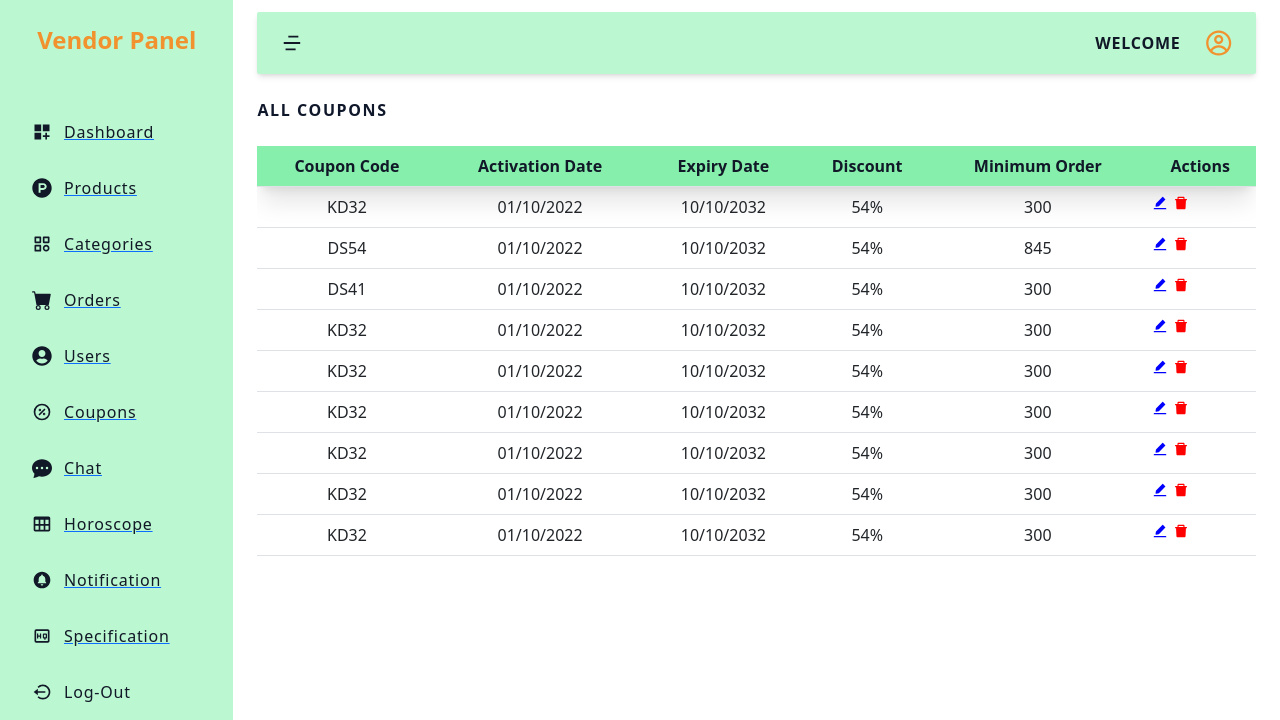
Repository: FlyweisReact/JitenderAdminPanel
Page: /discount
The author's editor kept a copy of each file at every save. The page is drawn from the files as they stood at one save, then again after the next save.
The browser window is 1280 px wide. The pictures show the whole page.
An inner scrolling area shows only its first screen. The project was rebuilt for these pictures with package versions that can differ from the ones it lists, and the page was loaded fresh each time. Also part of the build but not shown: src/components/forms/Login.jsx, src/components/pages/Dashboard.jsx, src/components/vendorPanel/components/layout/Navbar.jsx, src/components/vendorPanel/components/layout/Sidebar.jsx, src/components/vendorPanel/components/layout/HOC.jsx, src/components/vendorPanel/components/pages/Message/Message.js, src/components/pages/UserKundli/UserKundli.jsx, src/components/pages/reactChat/Chat.js and 18 more.

Above is the page before, as saved 2022-11-05 16:54:25.

### public/index.html
<!-- @format -->

<!DOCTYPE html>
<html lang="en">
  <head>
    <meta charset="utf-8" />
    <!-- <link rel="icon" href="%PUBLIC_URL%/favicon.png" /> -->
    <meta name="viewport" content="width=device-width, initial-scale=1" />
    <meta name="theme-color" content="#000000" />
    <meta
      name="description"
      content="Web site created using create-react-app"
    />
    <link rel="apple-touch-icon" href="%PUBLIC_URL%/favicon.ico?v=2" />

    <link rel="manifest" href="%PUBLIC_URL%/manifest.json" />

    <title>Astrologers Panel</title>
  </head>
  <body>
    <noscript>You need to enable JavaScript to run this app.</noscript>
    <div id="root"></div>
    <script src="https://code.jquery.com/jquery-3.6.0.min.js"></script>
  </body>
</html>

### src/index.js
import React from "react";
import ReactDOM from "react-dom/client";
import "./index.css";
import App from "./App";
import { BrowserRouter } from "react-router-dom";
import 'bootstrap/dist/css/bootstrap.min.css'

const root = ReactDOM.createRoot(document.getElementById("root"));
root.render(
  <React.StrictMode>
    <BrowserRouter>
      <App />
    </BrowserRouter>
  </React.StrictMode>
);

### src/index.css
/** @format */

@tailwind base;
@tailwind components;
@tailwind utilities;

body {
  margin: 0;
  font-family: -apple-system, BlinkMacSystemFont, "Segoe UI", "Roboto", "Oxygen",
    "Ubuntu", "Cantarell", "Fira Sans", "Droid Sans", "Helvetica Neue",
    sans-serif;
  -webkit-font-smoothing: antialiased;
  -moz-osx-font-smoothing: grayscale;
}

code {
  font-family: source-code-pro, Menlo, Monaco, Consolas, "Courier New",
    monospace;
}

/* Wcomponents */
.wcomp::-webkit-scrollbar {
  width: 0px;
}
::-webkit-scrollbar {
  width: 0px;
}
::-webkit-scrollbar-track {
  background: #696f78;
}
/* Handle */
::-webkit-scrollbar-thumb {
  background: #b4b8bf;
}

.main-card--container {
  display: grid;
  grid-template-columns: repeat(3, minmax(300px, 500px));
  grid-gap: 50px;
  justify-content: space-around;
}
.card-container {
  margin: 25px 0 auto;

  position: relative;
  display: grid;
  grid-template-columns: 1fr;
  justify-content: space-around;
  align-items: flex-start;
}

.img-thumbnail {
  width: 80px;
}
.img-large {
  max-width: 80%;
}

### src/App.js
/** @format */

import { Routes, Route, Link } from "react-router-dom";
import Login from "./components/forms/Login";
import Dashboard from "./components/pages/Dashboard";
import { ToastContainer } from "react-toastify";
import MSG from './components/vendorPanel/components/pages/Message/Message'
import "react-toastify/dist/ReactToastify.css";
import UserKundli from "./components/pages/UserKundli/UserKundli";
import Discount from "./components/pages/discount/Discount";
import Chat from "./components/pages/reactChat/Chat";
import Horoscope from "./components/pages/horoScope/Horoscope";
import Specification from "./components/pages/SpecificationPage/Specification";
import VendorLogin from "./components/vendorPanel/components/forms/VendorLogin";
import VendorDashboard from "./components/vendorPanel/components/pages/VendorDashboard";
import Fedd from "./components/pages/FeedBack/Fedd";
import Astrologers from "./components/vendorPanel/components/pages/Astrologer/Astrologers";
import Users from "./components/vendorPanel/components/pages/Users/Users";
import Kundli from "./components/vendorPanel/components/pages/Kundli/Kundli";
import AdminHoro from "./components/vendorPanel/components/pages/Horoscope/Horoscope";
import Forgot from "./components/vendorPanel/components/forms/Forgot";
import ResetPassword from "./components/vendorPanel/components/forms/ResetPassword";
import Changepassword from "./components/vendorPanel/components/forms/Changepassword";
import TimeSlots from "./components/pages/TimeSlots/TimeSlots";
import Documents from "./components/pages/Documents/Documents";
import Banner from "./components/pages/Banner/Banner";
import Notify from "./components/pages/Notifications/Notify";
import Booking from "./components/vendorPanel/components/pages/Booking/Booking";
import ProductDetail from "./components/pages/FeedBack/ProductDetail";

function App() {
  return (
    <>
      <ToastContainer />


      <Routes>
        <Route path="/" element={<Login />} />
        <Route path="/dashboard" element={<Dashboard />} />
        <Route path="/userkundli" element={<UserKundli />} />
        <Route path="/discount" element={<Discount />} />
        <Route path="/horoscope" element={<Horoscope />} />
        <Route path="/specification" element={<Specification />} />
        <Route path="/chat" element={<Chat />} />
        <Route path="feedback" element={<Fedd />} />
        <Route path="/time" element={<TimeSlots />} />
        <Route path="/document" element={<Documents />} />
        <Route path="/ban" element={<Banner />} />
        <Route path='/not' element={<Notify />} />
        <Route path="/viewProduct" element={<ProductDetail />} />
        {/* Admin Panel */}
        <Route path="/vendorLogin" element={<VendorLogin />} />
        <Route path="/otp" element={<Forgot />} />
        <Route path="/book" element={<Booking />} />
        <Route path='/msg' element={ <MSG /> } />
        <Route path="/resetPass" element={<ResetPassword />} />
        <Route path="/resetPassword" element={<Changepassword />} />
        <Route path="/vendorDashboard" element={<VendorDashboard />} />
        <Route path="/astro" element={<Astrologers />} />
        <Route path="/users" element={<Users />} />
        <Route path="/kundli" element={<Kundli />} />
        <Route path="/horo" element={<AdminHoro />} />
      </Routes>
    </>
  );
}

export default App;

### src/components/pages/discount/Discount.jsx
/** @format */

import React, { useEffect, useState } from "react";
import { IoMdClose } from "react-icons/io";
import { AiFillEdit, AiFillDelete, AiFillEye } from "react-icons/ai";
import HOC from "../../layout/HOC";
import axios from "axios";
import { toast } from "react-toastify";
import Table from "react-bootstrap/Table";
import { useNavigate } from "react-router-dom";
import Button from "react-bootstrap/Button";
import Modal from "react-bootstrap/Modal";
import Form from "react-bootstrap/Form";

const products = [
  {
    code: "KD32",
    ActivationDate : "01/10/2022",
    Expirydate : "10/10/2032",
    discount : "54",
    minOrder : "300",
  },
  {
    code: "DS54",
    ActivationDate : "01/10/2022",
    Expirydate : "10/10/2032",
    discount : "54",
    minOrder : "845",
  },
  {
    code: "DS41",
    ActivationDate : "01/10/2022",
    Expirydate : "10/10/2032",
    discount : "54",
    minOrder : "300",
  },

  {
    code: "KD32",
    ActivationDate : "01/10/2022",
    Expirydate : "10/10/2032",
    discount : "54",
    minOrder : "300",
  },
  {
    code: "KD32",
    ActivationDate : "01/10/2022",
    Expirydate : "10/10/2032",
    discount : "54",
    minOrder : "300",
  },
  {
    code: "KD32",
    ActivationDate : "01/10/2022",
    Expirydate : "10/10/2032",
    discount : "54",
    minOrder : "300",
  },

  {
    code: "KD32",
    ActivationDate : "01/10/2022",
    Expirydate : "10/10/2032",
    discount : "54",
    minOrder : "300",
  },
  {
    code: "KD32",
    ActivationDate : "01/10/2022",
    Expirydate : "10/10/2032",
    discount : "54",
    minOrder : "300",
  },
  {
    code: "KD32",
    ActivationDate : "01/10/2022",
    Expirydate : "10/10/2032",
    discount : "54",
    minOrder : "300",
  },
];

// Edit Order Modal ------------------------------------------------------------

function MyVerticallyCenteredModal(props) {
  return (
    <Modal
      {...props}
      size="lg"
      aria-labelledby="contained-modal-title-vcenter"
      centered
    >
      <Modal.Header closeButton>
        <Modal.Title id="contained-modal-title-vcenter">Edit Order</Modal.Title>
      </Modal.Header>
      <Modal.Body>
        <Form>
          <Form.Group className="mb-3" controlId="formBasicEmail">
            <Form.Label>Delivered</Form.Label>
            <Form.Select aria-label="Default select example">
              <option>delivery Status</option>
              <option value="1">Yes</option>
              <option value="2">No</option>
            </Form.Select>
          </Form.Group>
          <Form.Group className="mb-3" controlId="formBasicEmail">
            <Form.Label>Order Status</Form.Label>
            <Form.Select aria-label="Default select example">
              <option>Order Status</option>
              <option value="1">Confirmed</option>
              <option value="2">Denied</option>
            </Form.Select>
          </Form.Group>
          <Form.Group className="mb-3" controlId="formBasicEmail">
            <Form.Label>Payment Stsua</Form.Label>
            <Form.Select aria-label="Default select example">
              <option>Payment Status</option>
              <option value="1">Success</option>
              <option value="2">Pending</option>
            </Form.Select>
          </Form.Group>

          <Button variant="primary" type="submit">
            Submit
          </Button>
        </Form>
      </Modal.Body>
    </Modal>
  );
}

// Edit Order Modal Ends Here ---------------------------------------------------

const Discount = () => {
  const [modalShow, setModalShow] = React.useState(false);

  return (
    <>
      {/* ------------------------------------------------------------- */}

      <MyVerticallyCenteredModal
        show={modalShow}
        onHide={() => setModalShow(false)}
      />

      {/* ------------------------------------------------------------- */}

      <section>
        <div className="pb-4 sticky top-0  w-full flex justify-between items-center bg-white">
          <span className="tracking-widest text-slate-900 font-semibold uppercase ">
            All Coupons
          </span>
        </div>

        <div style={{ maxWidth: "100%", overflow: "auto" }}>
          <Table style={{ paddingTop: "5%", textAlign: "center" }}>
            <thead>
              <tr className=" border-b bg-green-300 shadow-xl text-gray-900">
                <th>Coupon Code</th>
                <th>Activation Date</th>
                <th>Expiry Date</th>
                <th>Discount</th>
                <th>Minimum Order</th>
                <th>Actions</th>
              </tr>
            </thead>
            <tbody>
              {products?.map((i, index) => (
                <tr key={index} style={{ marginTop: "1%" }}>
                <td>{i.code} </td>
                <td>{i.ActivationDate} </td>
                <td>{i.Expirydate} </td>
                <td>{i.discount}% </td>
                <td>{i.minOrder} </td>
                  <td>
                    <span style={{ display: "flex", gap: "5px" }}>
                      <AiFillEdit
                        color="blue"
                        cursor="pointer"
                        onClick={() => setModalShow(true)}
                      />
                      <AiFillDelete color="red" cursor="pointer" />
                    </span>
                  </td>
                </tr>
              ))}
            </tbody>
          </Table>
        </div>
      </section>
    </>
  );
};

export default HOC(Discount);

### src/components/layout/HOC.jsx
import React, { useState } from "react";
import Navbar from "./Navbar";
import Sidebar from "./Sidebar";

const HOC = (Wcomponenet) => {
  return function Component() {
    const [hamb, setHamb] = useState(false);
    return (
      <>
        <section className="flex overflow-x-hidden">
          {/* Sidebar */}
          <div
            className={
              hamb
                ? " absolute top-0 z-30 md:w-auto shadow-md bg-slate-200  w-60 transition-all md:-left-full left duration-150  h-screen  left-0 "
                : " md:w-72 z-30 bg-green-200  shadow-md  md:static absolute top-0 -left-full  h-screen transition-all duration-150 "
            }
          >
            <Sidebar hamb={hamb} setHamb={setHamb} />
          </div>
          {/* Components & Navbar */}
          <div
            className={
              hamb
                ? " transition-all px-4 py-2  bg-white duration-150 w-full h-screen"
                : " w-full h-screen  px-4 py-2  bg-white z-50 transition-all duration-150 "
            }
          >
            <Navbar hamb={hamb} setHamb={setHamb} />
            <div className="my-6 text-white h-[87%] wcomp overflow-y-auto">
              <Wcomponenet />
            </div>
          </div>
        </section>
      </>
    );
  };
};

export default HOC;

### src/components/layout/Navbar.jsx
import { RiMenu4Line } from "react-icons/ri";
import { useNavigate } from "react-router-dom";
import { toast } from "react-toastify";
import { CgProfile } from "react-icons/cg";
import { IoMdClose, IoMdNotifications } from "react-icons/io";
import { useState } from "react";
import Button from "react-bootstrap/Button";
import Modal from "react-bootstrap/Modal";
import Container from "react-bootstrap/Container";
import Form from "react-bootstrap/Form";


function MyVerticallyCenteredModal(props) {
  return (
    <Modal
      {...props}
      size="lg"
      aria-labelledby="contained-modal-title-vcenter"
      centered
    >
      <Modal.Header closeButton>
        <Modal.Title id="contained-modal-title-vcenter">
          Edit Profile
        </Modal.Title>
      </Modal.Header>
      <Modal.Body>
        <Container style={{ width: "600px" }}>
          <Form>
            <Form.Group className="mb-3" controlId="formBasicEmail">
              <Form.Label>Name</Form.Label>
              <Form.Control type="text" placeholder="Admin" />
            </Form.Group>
            <Form.Group className="mb-3" controlId="formBasicPassword">
              <Form.Label>Email Address</Form.Label>
              <Form.Control type="email" placeholder="vendor@gmail.com" />
            </Form.Group>
            <Form.Group className="mb-3" controlId="formBasicPassword">
              <Form.Label>Password</Form.Label>
              <Form.Control type="password" placeholder="Password" />
            </Form.Group>
            <Form.Group className="mb-3" controlId="formBasicPassword">
              <Form.Label>Profile Image</Form.Label>
              <Form.Control type="file"/>
            </Form.Group>
            <Button variant="outline-success" type="submit">
              Edit
            </Button>
          </Form>
        </Container>
      </Modal.Body>

    </Modal>
  );
}



const Navbar = ({ hamb, setHamb }) => {
  const [modalShow, setModalShow] = useState(false);



  return (
    <>

      <MyVerticallyCenteredModal
        show={modalShow}
        onHide={() => setModalShow(false)}
      />

      <div
        className={
          hamb
            ? "flex  w-full justify-between  my-1 rounded-sm  p-4 py-3 shadow-md items-center  bg-green-200 space-x-4"
            : "flex  w-full justify-between my-1 rounded-sm  p-4 py-3 shadow-md items-center  bg-green-200 space-x-4"
        }
      >
        <RiMenu4Line
          onClick={() => setHamb(!hamb)}
          className="text-2xl font-bold text-gray-900 hover:scale-90 cursor-pointer"
        />

        {/* Profile */}
        <section className="flex sm:ml-auto justify-end sm:w-full items-center space-x-2  pr-2">
          <span className="cursor-pointer text-2xl">
            {/* <IoMdNotifications /> */}
          </span>
          <figcaption className="tracking-wider pl-1 font-semibold">
            {" "}
            <div className="lg:text-base text-sm text-gray-900  uppercase">
              Welcome
            </div>
          </figcaption>
        </section>
        <CgProfile
          onClick={() => setModalShow(true)}
          className="text-2xl sm:text-3xl font-bold text-[rgb(241,146,46)] cursor-pointer"
        />

      </div>
    </>
  );
};

export default Navbar;

### src/components/layout/Sidebar.jsx
/** @format */

import React from "react";
import { RiCloseLine } from "react-icons/ri";
import { Link, useNavigate } from "react-router-dom";
import { BsFillChatDotsFill } from "react-icons/bs";
import { MdOutlineHighQuality  ,MdCircleNotifications} from "react-icons/md";
import { BiTable } from "react-icons/bi";
import { BiLogOutCircle , BiCategory } from "react-icons/bi";
import { TbDiscount } from "react-icons/tb";
import { FaProductHunt  ,FaUserCircle } from "react-icons/fa";
import {IoIosTime ,IoMdImages} from 'react-icons/io'
import {GrDocumentPdf} from 'react-icons/gr'
import {BsFillCartFill} from 'react-icons/bs'

import { MdDashboardCustomize } from "react-icons/md";
import { toast } from "react-toastify";

const Sidebar = ({ hamb, setHamb }) => {
  const navigate = useNavigate();

  const nav = [
    {
      icon: <MdDashboardCustomize className="text-xl mr-3" />,
      link: "/dashboard",
      name: "Dashboard",
    },
    {
      icon: <FaProductHunt className="text-xl mr-3" />,
      link: "/feedback",
      name: "Products",
    },
    {
      icon: <BiCategory className="text-xl mr-3" />,
      link: "/userkundli",
      name: "Categories",
    },
    {
      icon: <BsFillCartFill className="text-xl mr-3" />,
      link: "/time",
      name: "Orders",
    },
    {
      icon: <FaUserCircle className="text-xl mr-3" />,
      link: "/document",
      name: "Users",
    },
    // {
    //   icon: <IoMdImages className="text-xl mr-3" />,
    //   link: "/ban",
    //   name: "Banners",
    // },
    {
      icon: <TbDiscount className="text-xl mr-3" />,
      link: "/discount",
      name: "Coupons",
    },
    {
      icon: <BsFillChatDotsFill className="text-xl mr-3" />,
      link: "/chat",
      name: "Chat",
    },
    {
      icon: <BiTable className="text-xl mr-3" />,
      link: "/horoscope",
      name: "Horoscope",
    },
    {
      icon: <MdCircleNotifications className="text-xl mr-3" />,
      link: "/not",
      name: "Notification",
    },
    {
      icon: <MdOutlineHighQuality className="text-xl mr-3" />,
      link: "/specification",
      name: "Specification",
    },
  ];

  const logOut = () => {
    navigate("/");
    toast.success("Log -Out Successfull");
  };
  return (
    <>
      <aside className="p-4 bg-green-200">
        {/* Top */}
        <div className="w-full md:hidden relative  p-2 mb-4">
          <RiCloseLine
            onClick={() => setHamb(!hamb)}
            className="text-3xl  absolute top-2 sm:hover:rotate-[228deg] transition-transform font-bold right-2 sm:hover:text-[22px] text-[rgb(241,146,46)] cursor-pointer"
          />
        </div>
        {/* Logo */}
        <figure className="flex  flex-col items-center">
          <span className="font-bold text-[rgb(241,146,46)] text-2xl">
            Vendor Panel
            {/* <img src={image} className="h-24" /> */}
          </span>
        </figure>
        {/* Nav-menu */}
        <nav className="py-6">
          {nav.map((nav) => {
            return (
              <Link to={nav.link} key={nav.name} className="">
                <span className="flex my-3 items-center cursor-pointer text-gray-900    tracking-wider p-2 rounded-sm">
                  {nav.icon} {nav.name}
                </span>
              </Link>
            );
          })}
          <span
            className="flex my-3 items-center cursor-pointer text-gray-900    tracking-wider p-2 rounded-sm"
            onClick={() => logOut()}
          >
            <BiLogOutCircle className="text-xl mr-3" /> Log-Out
          </span>
        </nav>
      </aside>
    </>
  );
};

export default Sidebar;

Loaded but not shown: tailwind.config.js (common file)

After the next save:
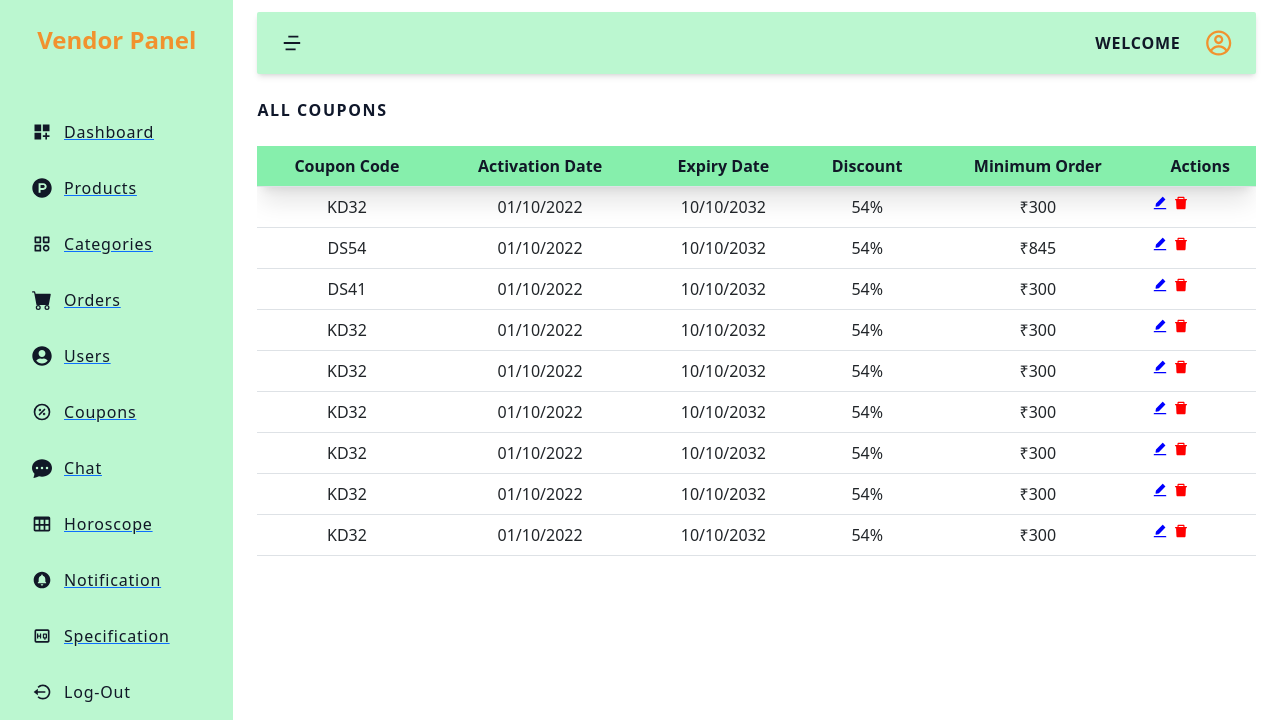
Saved 20 s later.
--- a/src/components/pages/discount/Discount.jsx
+++ b/src/components/pages/discount/Discount.jsx
@@ -171,7 +171,7 @@ const Discount = () => {
                 <td>{i.ActivationDate} </td>
                 <td>{i.Expirydate} </td>
                 <td>{i.discount}% </td>
-                <td>{i.minOrder} </td>
+                <td>₹{i.minOrder} </td>
                   <td>
                     <span style={{ display: "flex", gap: "5px" }}>
                       <AiFillEdit
